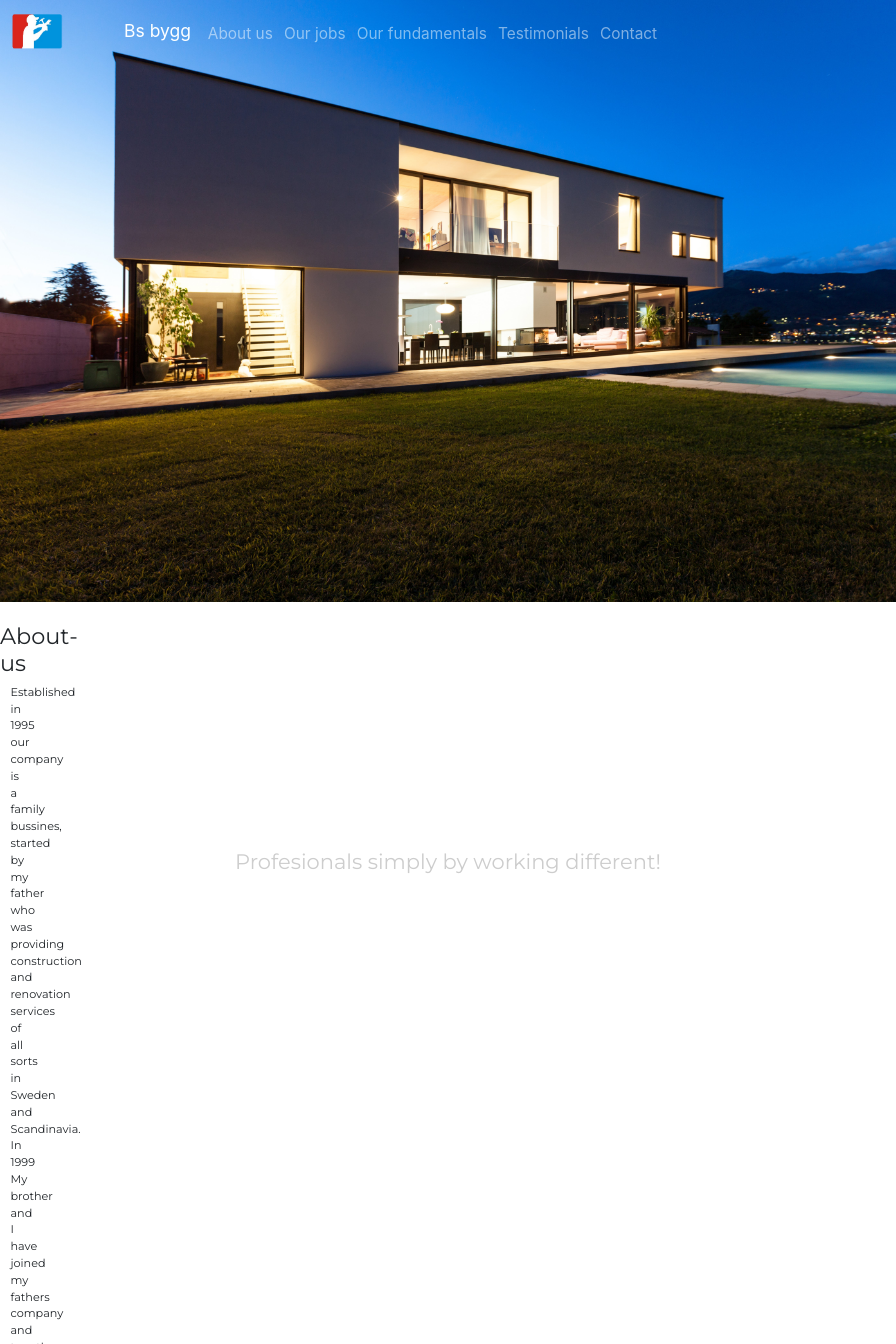
Repository: Bartie1982/milestone-project-1
Page: index.html
The author's editor kept a record of every edit. The page is drawn from the files as they stood at one moment, then again after the next edit.
The browser window is 1280 px wide. The pictures show the part of the page from y = 0 to 1920 px (the page is 5305 px tall before and 5285 px after), at 70% of full size.

Above is the page before.

After the next edit:
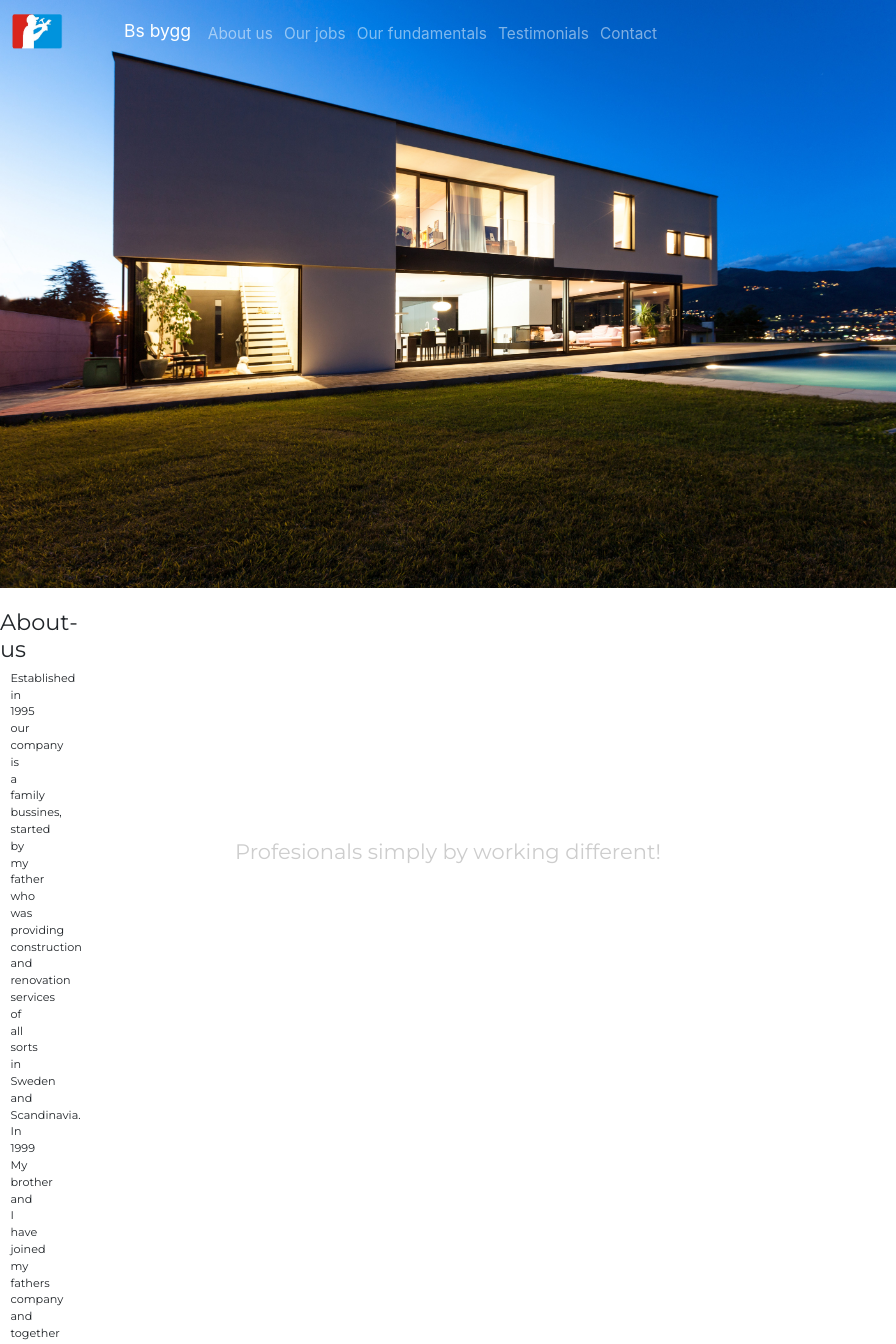
The edit:
--- a/assets/css/style.css
+++ b/assets/css/style.css
@@ -21,7 +21,7 @@
     background: url("../images/Villa1.jpg");
     background-repeat: no-repeat;
     background-size: cover;
-    height: 860px;
+    height: 840px;
 
 }
 
